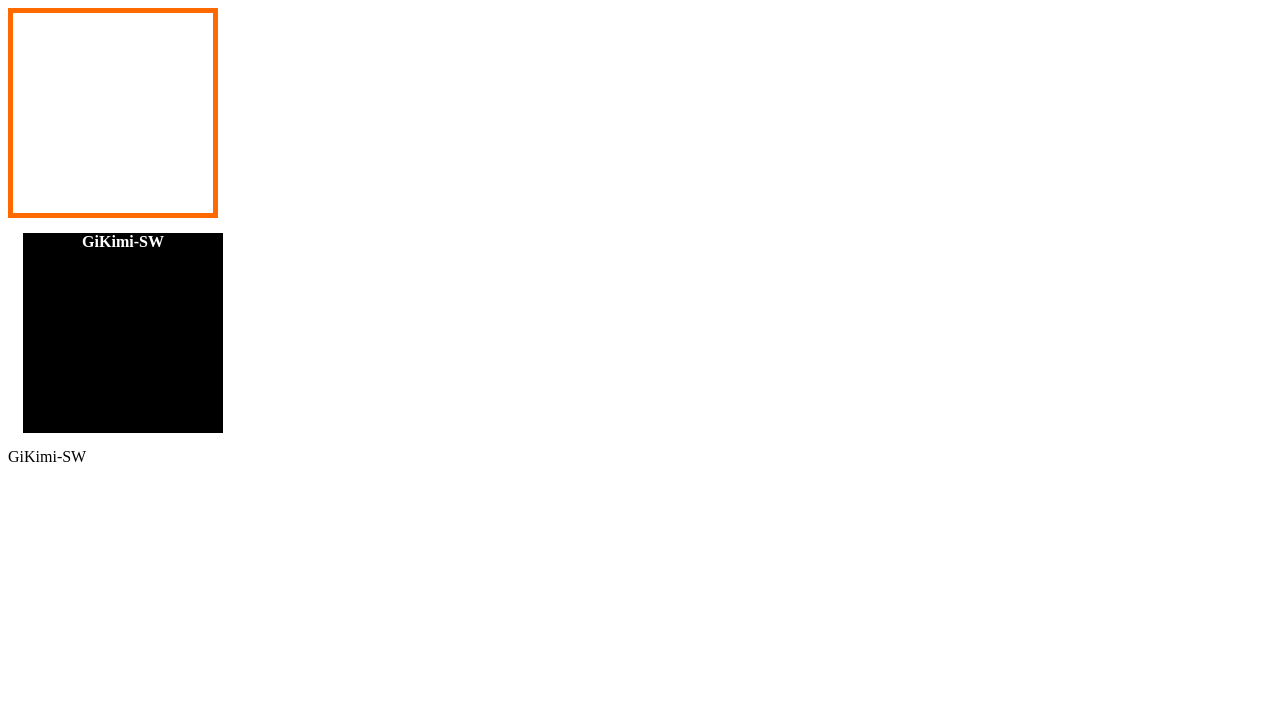
Repository: luna2222/web
Page: 01HTML5/WebContent/[10강]CSS3속성2/10_03_02.html
The author's editor kept a copy of each file at every save. The page is drawn from the files as they stood at one save, then again after the next save.
The browser window is 1280 px wide. The pictures show the whole page.

Above is the page before, as saved 2019-02-20 04:56:25.

After the next save:
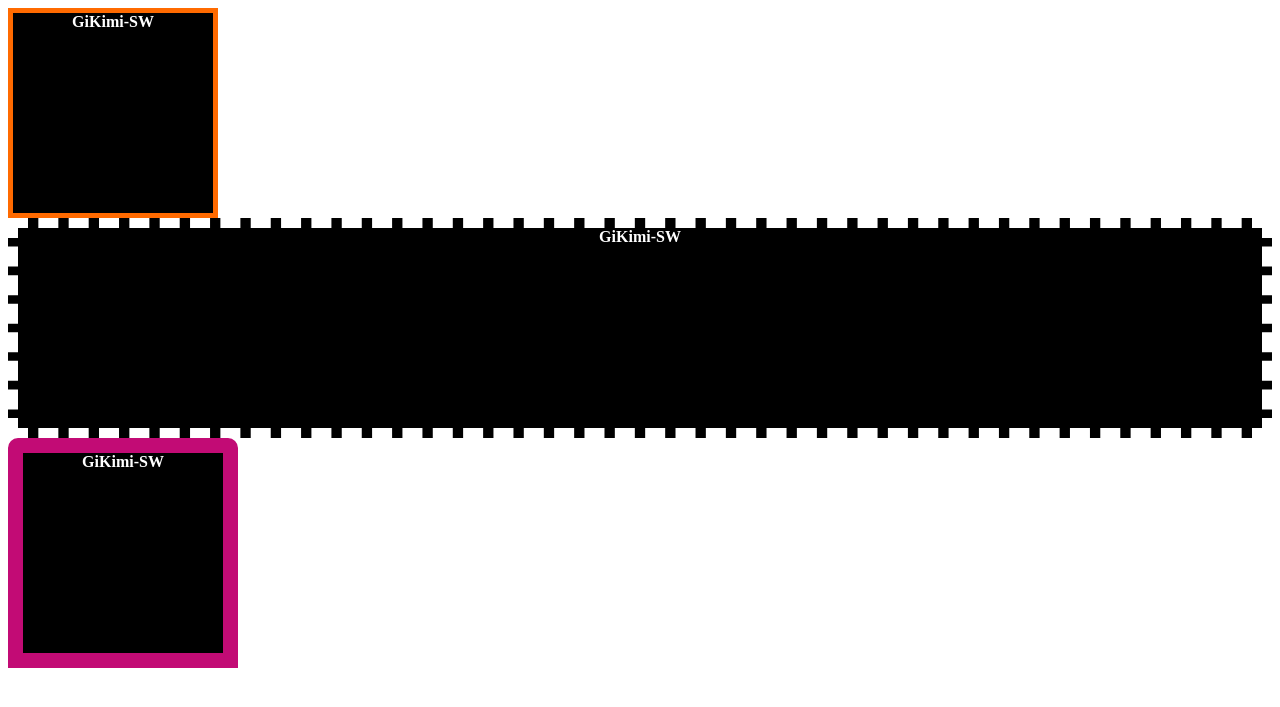
Saved 3 min 58 s later.
--- a/01HTML5/WebContent/[10강]CSS3속성2/10_03_02.html
+++ b/01HTML5/WebContent/[10강]CSS3속성2/10_03_02.html
@@ -11,6 +11,7 @@
 			 border-width:5px;
 			 border-style:solid;
 			 border-color: #ff6a00;
+			 background-color:#000000;
 			 color: #ffffff;
 			 font-weight: bold;
 		}
@@ -26,11 +27,11 @@
 			 font-weight: bold;
 		 	}
 
-		div:nth-child(2) {
+		div:nth-child(3) {
 			width: 200px;
 			height: 200px;
 			text-align: center;
-			border: 15px solid; #c20b75;
+			border: 15px solid #c20b75;
 			border-width: 15px;
 			border-style: solid;
 			border-radius: 10px 10px 0 0;
